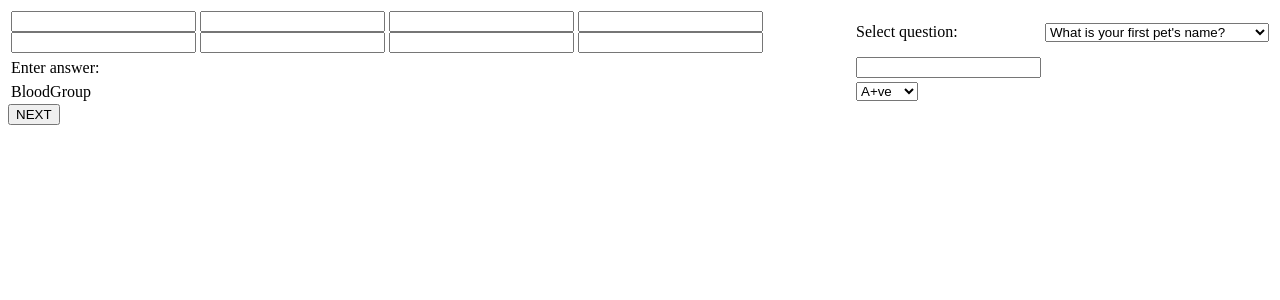
Repository: Rishanth/-Job-Registration-Portal-
Page: http://localhost/VRPS_Registration/WEB-INF/jsp/jobSeekerForm.jsp
These files come from the project's save history. The page is drawn as it stood at one moment and after the next save; the edit follows.
The browser window is 1280 px wide. The pictures show the whole page.
The page is served by Tomcat 9. Nobody is signed in. The template is opened directly, without the code that normally fills it, so the values that code supplies are empty.

Above is the page before, as saved 2013-10-16 09:23:39.

After the next save:
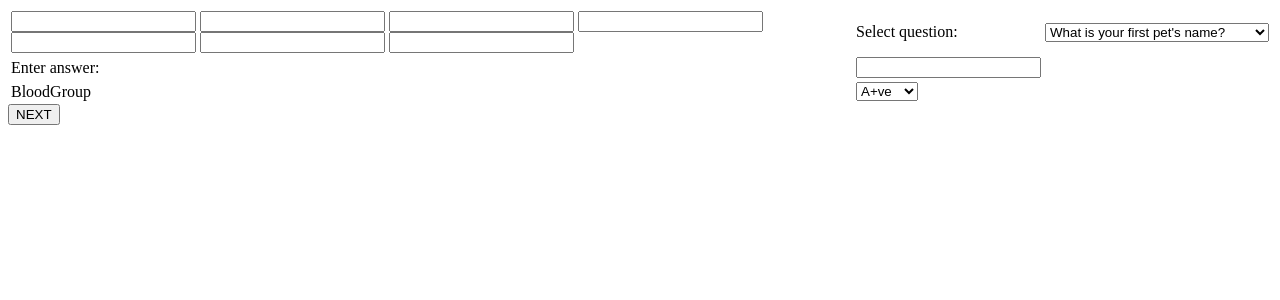
Saved 77 s later.
--- a/VRPS_Registration/WebContent/WEB-INF/jsp/jobSeekerForm.jsp
+++ b/VRPS_Registration/WebContent/WEB-INF/jsp/jobSeekerForm.jsp
@@ -22,7 +22,6 @@
  <form:input path="password"/>
  <form:input path="emailId"/>
  <form:input path="dateofBirth"/>
- <form:input path="contactNumber"/>
  <form:input path="salary"/>
  <td>Select question:</td><td><form:select path="securityQuestion"><form:errors path="securityQuestion"/>
     <form:option value="What is your first pet's name?">What is your first pet's name?</form:option>
